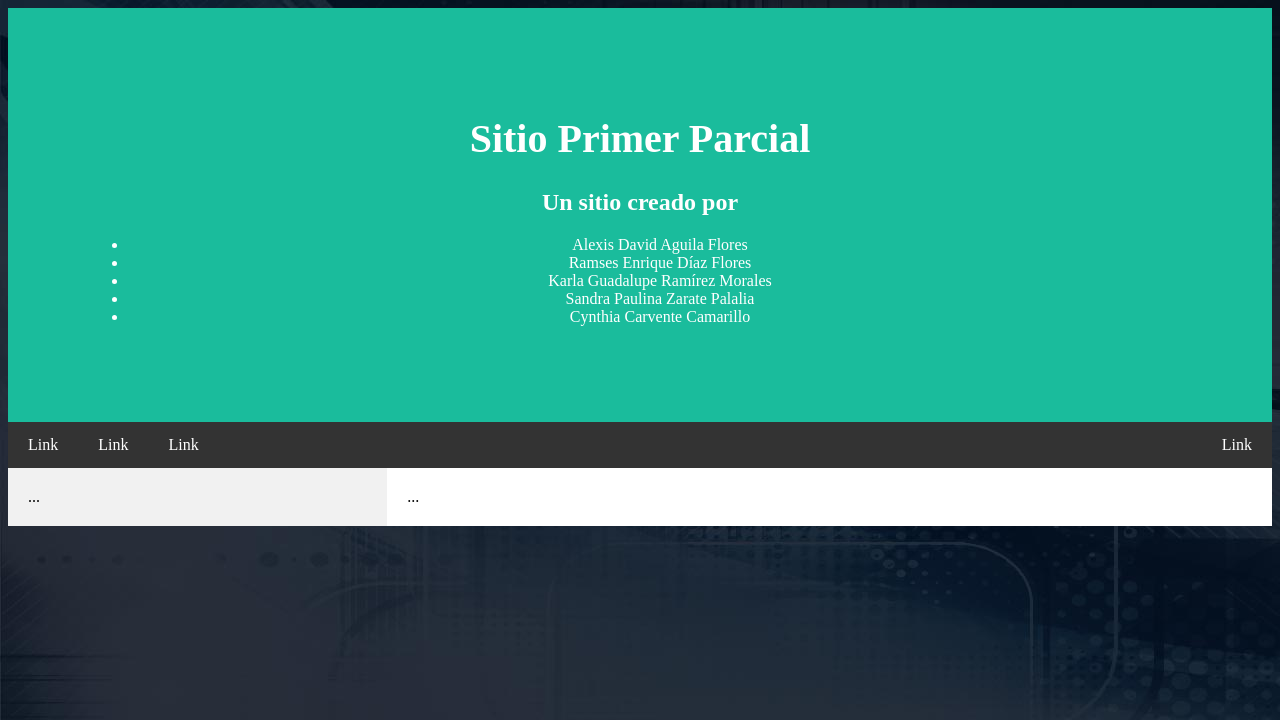
Repository: Dogueen/miniProyectoUniversidad
Page: miniProyecto/miniProyecto.html
These files come from the project's save history. The page is drawn as it stood at one moment and after the next save; the edit follows.
The browser window is 1280 px wide. The pictures show the whole page.

Above is the page before, as saved 2023-10-27 16:46:56.

### miniProyecto/miniProyecto.html
<!DOCTYPE html>
<html lang="es">

    <head>
        <title>Ejemplo de un Website</title>
        <meta charset="UTF-8">
        <meta name="viewport" content="width=device-width, initial-scale=1">
        <link rel="stylesheet" type="text/css" href="styles/styles.css" />

        <style>
     </style>
    </head>

    <body>
        <div class="header">
            <h1>Sitio Primer Parcial</h1>
            <h2> Un sitio creado por</h2>
            <ul>
                <li>Alexis David Aguila Flores</li>
                <li>Ramses Enrique Díaz Flores</li>
                <li>Karla Guadalupe Ramírez Morales</li>
                <li>Sandra Paulina Zarate Palalia</li>
                <li>Cynthia Carvente Camarillo</li>
            </ul>
        </div>

        <div class="navbar">
            <a href="#">Link</a>
            <a href="#">Link</a>
            <a href="#">Link</a>
            <a href="#" class="right">Link</a>
        </div>

        <div class="row">
            <div class="side">...</div>
            <div class="main">...</div>
        </div>

    </body>

</html>

### miniProyecto/styles/styles.css
body {
    background-image: url("images/bg-img.jpg");
}

.header {
    padding: 80px;
    /* some padding */
    text-align: center;
    /* center the text */
    background: #1abc9c;
    /* green background */
    color: white;
    /* white text color */
}

/* Increase the font size of the <h1> element */
.header h1 {
    font-size: 40px;
}

/* Style the top navigation bar */
.navbar {
    overflow: hidden;
    /* Hide overflow */
    background-color: #333;
    /* Dark background color */
}

/* Style the navigation bar links */
.navbar a {
    float: left;
    /* Make sure that the links stay side-by-side */
    display: block;
    /* Change the display to block, for responsive reasons (see below) */
    color: white;
    /* White text color */
    text-align: center;
    /* Center the text */
    padding: 14px 20px;
    /* Add some padding */
    text-decoration: none;
    /* Remove underline */
}

/* Right-aligned link */
.navbar a.right {
    float: right;
    /* Float a link to the right */
}

/* Change color on hover/mouse-over */
.navbar a:hover {
    background-color: #ddd;
    /* Grey background color */
    color: black;
    /* Black text color */
}

/* Ensure proper sizing */
* {
    box-sizing: border-box;
}

/* Column container */
.row {
    display: flex;
    flex-wrap: wrap;
}

/* Create two unequal columns that sits next to each other */
/* Sidebar/left column */
.side {
    flex: 30%;
    /* Set the width of the sidebar */
    background-color: #f1f1f1;
    /* Grey background color */
    padding: 20px;
    /* Some padding */
}

/* Main column */
.main {
    flex: 70%;
    /* Set the width of the main content */
    background-color: white;
    /* White background color */
    padding: 20px;
    /* Some padding */
}

/* Responsive layout - when the screen is less than 700px wide, make the two columns stack on top of each other instead of next to each other */
@media screen and (max-width: 700px) {
    .row {
      flex-direction: column;
    }
  }

  /* Responsive layout - when the screen is less than 400px wide, make the navigation links stack on top of each other instead of next to each other */
  @media screen and (max-width: 400px) {
    .navbar a {
      float: none;
      width: 100%;
    }
  }

After the next save:
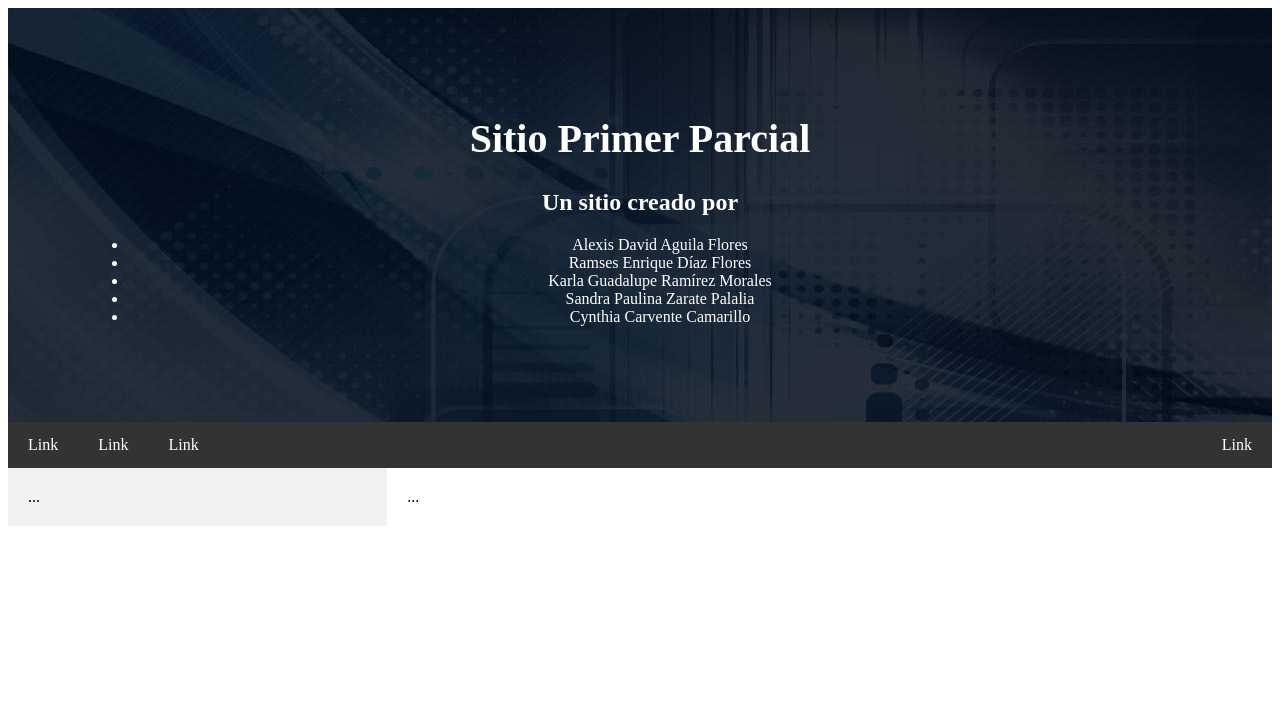
Saved 38 s later.
--- a/miniProyecto/styles/styles.css
+++ b/miniProyecto/styles/styles.css
@@ -1,5 +1,5 @@
 body {
-    background-image: url("images/bg-img.jpg");
+
 }
 
 .header {
@@ -11,6 +11,7 @@
     /* green background */
     color: white;
     /* white text color */
+    background-image: url("images/bg-img.jpg");
 }
 
 /* Increase the font size of the <h1> element */

After the 4 saves that followed:
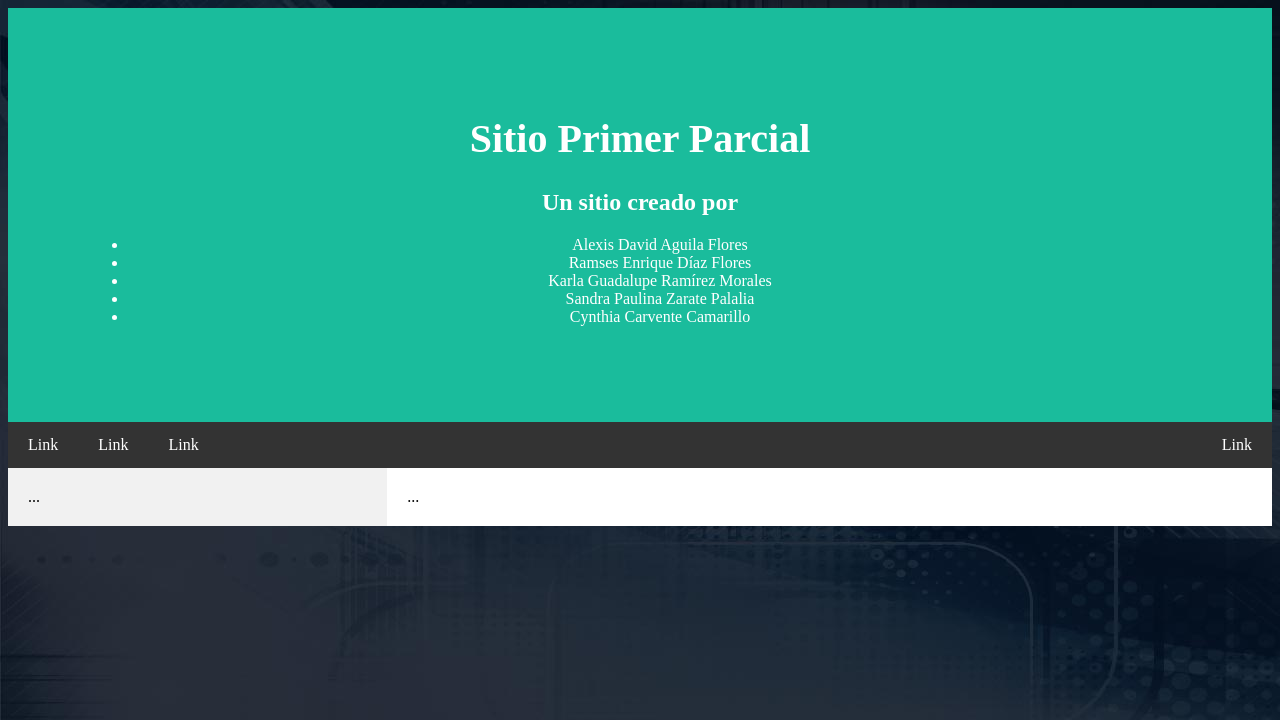
The 4 saves are shown as one change because 3 left the picture as it was.
The last was saved 61 s later.
--- a/miniProyecto/styles/styles.css
+++ b/miniProyecto/styles/styles.css
@@ -1,5 +1,5 @@
 body {
-
+    background-image: url("images/bg-img.jpg");
 }
 
 .header {
@@ -11,7 +11,6 @@
     /* green background */
     color: white;
     /* white text color */
-    background-image: url("images/bg-img.jpg");
 }
 
 /* Increase the font size of the <h1> element */
